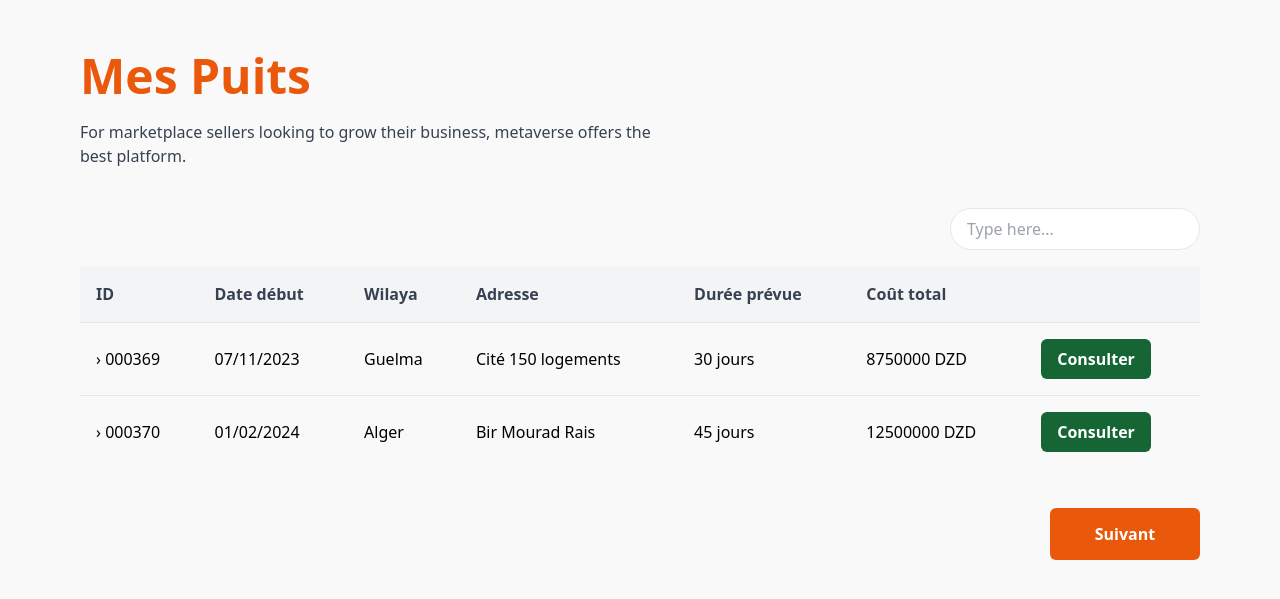
Repository: 123455675848484848484884848484/Projet_2cs
Page: /mespuits (app in front/)
The author's editor kept a copy of each file at every save. The page is drawn from the files as they stood at one save, then again after the next save.
The browser window is 1280 px wide. The pictures show the whole page.
The project was rebuilt for these pictures with package versions that can differ from the ones it lists, and the page was loaded fresh each time. Also part of the build but not shown: front/src/App.css, front/src/LancerPuit.jsx, front/src/InformationPuit.jsx, front/src/Login.jsx, front/src/PhasesPrevision.jsx, front/src/OperationsPrevision.jsx, front/src/FichierJournalier.jsx, front/src/SignalerProbleme.jsx.

Above is the page before, as saved 2025-04-24 14:02:16.

### front/src/App.jsx
import './App.css';
import React from "react";
import LancerPuit from './LancerPuit';
import InformationPuit from './InformationPuit';
import { BrowserRouter as Router, Routes, Route } from "react-router-dom";
import Login from './Login';
import MesPuits from './MesPuits';
import PhasesPrevision from './PhasesPrevision';
import OperationsPrevision from "./OperationsPrevision";
import FichierJournalier from './FichierJournalier';
import SignalerProbleme from './SignalerProbleme'

function App() {
  return (
   <Router>
   <Routes>
     <Route path="/" element={<LancerPuit />} />
     <Route path="/info-puit" element={<InformationPuit />} />
     <Route path="/mespuits" element={<MesPuits />} />
     <Route path="/phasepre" element={<PhasesPrevision />} />
     <Route path="/operations" element={<OperationsPrevision />} />
     <Route path="/login" element={<Login />} />
     <Route path="/file" element={<FichierJournalier />} />
     <Route path="/signal" element={<SignalerProbleme />} />
  </Routes>
    </Router>

  );
}

export default App;

### front/src/MesPuits.jsx
import React, { useState, useEffect } from "react";

const MesPuits = () => {
  const [puits, setPuits] = useState([]);

  // Simulation d'une récupération depuis une BDD / API
  useEffect(() => {
    // À remplacer par une vraie requête API si besoin
    const fakeData = [
      {
        id: "000369",
        dateDebut: "07/11/2023",
        wilaya: "Guelma",
        adresse: "Cité 150 logements",
        duree: "30",
        budget: "8750000 DZD",
      },
      {
        id: "000370",
        dateDebut: "01/02/2024",
        wilaya: "Alger",
        adresse: "Bir Mourad Rais",
        duree: "45",
        budget: "12500000 DZD",
      },
    ];

    setPuits(fakeData);
  }, []);

  return (
    <div className="min-h-screen bg-[#f9f9f9] px-20 py-12">
      {/* Titre */}
      <h1 className="text-[48px] font-bold text-orange-600 leading-[56px] mb-4">
        Mes Puits
      </h1>
      <p className="text-[16px] text-gray-700 mb-10 max-w-xl">
        For marketplace sellers looking to grow their business, metaverse offers the best platform.
      </p>

      {/* Barre de recherche */}
      <div className="flex justify-end mb-4">
        <input
          type="text"
          placeholder="Type here..."
          className="w-[250px] px-4 py-2 border rounded-full focus:outline-none"
        />
      </div>

      {/* Tableau */}
      <div className="overflow-x-auto">
        <table className="w-full border-collapse text-left">
          <thead className="bg-gray-100">
            <tr className="text-gray-700">
              <th className="p-4">ID</th>
              <th className="p-4">Date début</th>
              <th className="p-4">Wilaya</th>
              <th className="p-4">Adresse</th>
              <th className="p-4">Durée prévue</th>
              <th className="p-4">Coût total</th>
              <th className="p-4"></th>
            </tr>
          </thead>
          <tbody>
            {puits.map((puit, index) => (
              <tr key={index} className="border-t border-gray-200">
                <td className="p-4">› {puit.id}</td>
                <td className="p-4">{puit.dateDebut}</td>
                <td className="p-4">{puit.wilaya}</td>
                <td className="p-4">{puit.adresse}</td>
                <td className="p-4">{puit.duree} jours</td>
                <td className="p-4">{puit.budget}</td>
                <td className="p-4">
                  <button className="bg-green-800 hover:bg-green-900 text-white px-4 py-2 rounded-md font-semibold">
                    Consulter
                  </button>
                </td>
              </tr>
            ))}
            {puits.length === 0 && (
              <tr>
                <td colSpan="7" className="text-center text-gray-500 py-6">
                  Aucun puit enregistré pour le moment.
                </td>
              </tr>
            )}
          </tbody>
        </table>
      </div>

      {/* Bouton suivant */}
      <div className="flex justify-end mt-10">
        <button className="w-[150px] h-[52px] bg-orange-600 hover:bg-orange-700 text-white text-[16px] font-semibold rounded-md transition">
          Suivant
        </button>
      </div>
    </div>
  );
};

export default MesPuits;

Loaded but not shown: front/public/index.html (common file); front/src/index.js (common file); front/src/index.css (common file); front/src/reportWebVitals.js (common file); front/tailwind.config.js (common file)

After the next save:
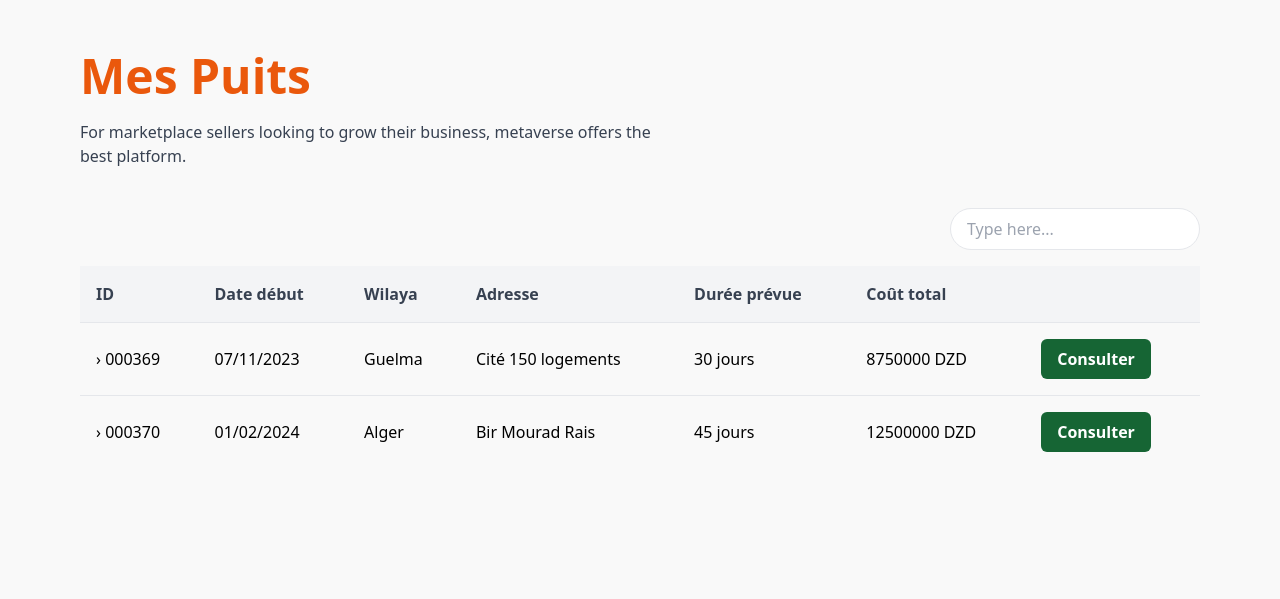
Saved 5 min 2 s later.
--- a/front/src/MesPuits.jsx
+++ b/front/src/MesPuits.jsx
@@ -88,12 +88,7 @@ const MesPuits = () => {
         </table>
       </div>
 
-      {/* Bouton suivant */}
-      <div className="flex justify-end mt-10">
-        <button className="w-[150px] h-[52px] bg-orange-600 hover:bg-orange-700 text-white text-[16px] font-semibold rounded-md transition">
-          Suivant
-        </button>
-      </div>
+
     </div>
   );
 };
